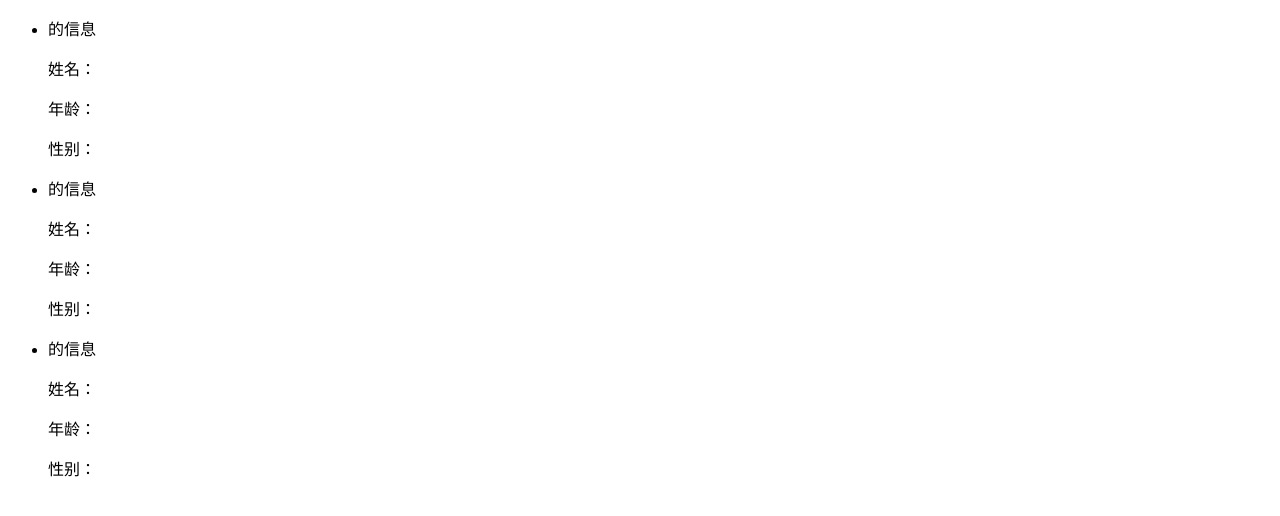
Repository: wanghuan19961020/Vue2.x-Study-Notes
Page: Vue2.x-mustache模板引擎/mustache-study/02_数据变为视图-数组join法.html
The author's editor kept a copy of each file at every save. The page is drawn from the files as they stood at one save, then again after the next save.
The browser window is 1280 px wide. The pictures show the whole page.

Above is the page before, as saved 2021-02-04 16:42:44.

### Vue2.x-mustache模板引擎/mustache-study/02_数据变为视图-数组join法.html
<!DOCTYPE html>
<html lang="en">

<head>
  <meta charset="UTF-8">
  <meta name="viewport" content="width=device-width, initial-scale=1.0">
  <title>02_数据变为视图-数组join法</title>
</head>

<body>
  <ul id="list">
  </ul>
  <script>
    var arr = [
      { name: '小明', age: 12, sex: '男' },
      { name: '小红', age: 11, sex: '女' },
      { name: '小强', age: 13, sex: '男' },
    ]
    var list = document.getElementById('list')
    // 遍历 arr 数组，每遍历一项，就以字符串的视角将HTML字符串添加到list中
    for (let i = 0; i < arr.length; i++) {
      const element = arr[i];
      list.innerHTML += [
        '<li>',
        '  <div class="hd">的信息</div>',
        '  <div class="bd">',
        '    <p>姓名：</p>',
        '    <p>年龄：</p>',
        '    <p>性别：</p>',
        '  </div>',
        '</li>'
      ].join('')
    }
  </script>

</body>

</html>

After the next save:
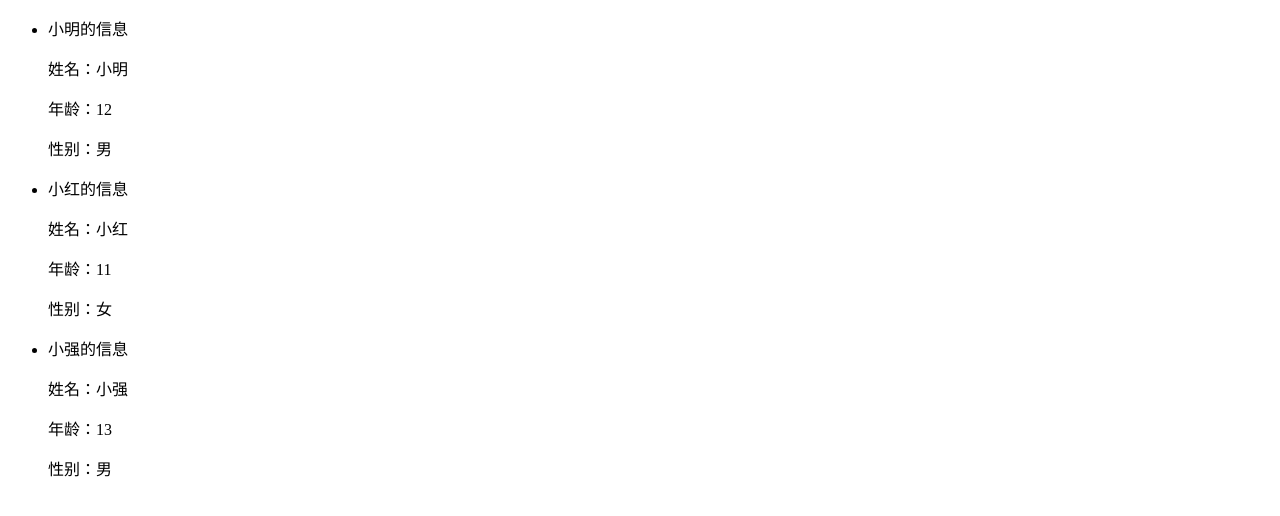
Saved 47 s later.
--- a/Vue2.x-mustache模板引擎/mustache-study/02_数据变为视图-数组join法.html
+++ b/Vue2.x-mustache模板引擎/mustache-study/02_数据变为视图-数组join法.html
@@ -22,11 +22,11 @@
       const element = arr[i];
       list.innerHTML += [
         '<li>',
-        '  <div class="hd">的信息</div>',
+        '  <div class="hd">' + arr[i].name + '的信息</div>',
         '  <div class="bd">',
-        '    <p>姓名：</p>',
-        '    <p>年龄：</p>',
-        '    <p>性别：</p>',
+        '    <p>姓名：' + arr[i].name + '</p>',
+        '    <p>年龄：' + arr[i].age + '</p>',
+        '    <p>性别：' + arr[i].sex + '</p>',
         '  </div>',
         '</li>'
       ].join('')
